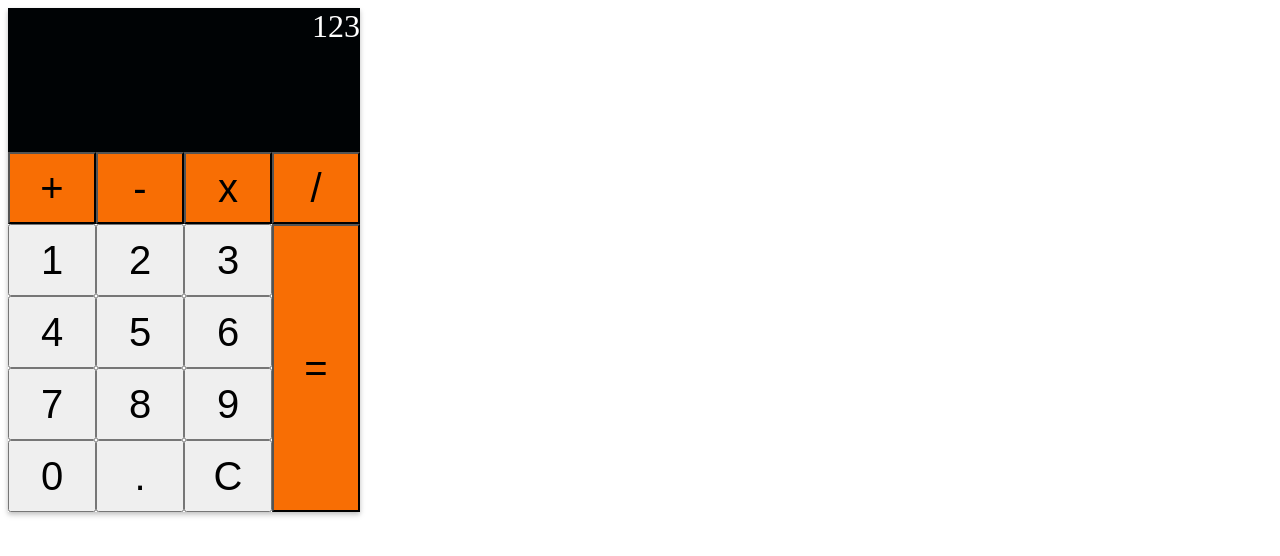
Repository: TEazy2433/LAB-calculator
Page: index.html
The author's editor kept a copy of each file at every save. The page is drawn from the files as they stood at one save, then again after the next save.
The browser window is 1280 px wide. The pictures show the whole page.

Above is the page before, as saved 2023-10-14 11:41:27.

### index.html
<!DOCTYPE html>
<html lang="en">
<head>
  <meta charset="UTF-8">
  <meta name="viewport" content="width=device-width, initial-scale=1.0">
  <title>calculator</title>
  <link rel="stylesheet" href="main.css">


</head>
<body>
  <div class="calculator">
    <div class="display">123</div>
    <div class="calculator_keys">
      <button class="calculator_key key--operator">+</button>
      <button class="calculator_key key--operator">-</button>
      <button class="calculator_key key--operator">x</button>
      <button class="calculator_key key--operator">/</button>
      <button class="calculator_key">1</button>
      <button class="calculator_key">2</button>
      <button class="calculator_key">3</button>
      <button class="calculator_key">4</button>
      <button class="calculator_key">5</button>
      <button class="calculator_key">6</button>
      <button class="calculator_key">7</button>
      <button class="calculator_key">8</button>
      <button class="calculator_key">9</button>
      <button class="calculator_key">0</button>
      <button class="calculator_key">.</button>
      <button class="calculator_key">C</button>
      <button class="calculator_key key--enter">=</button>
    </div>
  </div>

</body>
</html>

### main.css
.calculator{
  overflow: hidden;
  max-inline-size: 22rem;
  box-shadow: 0px 3px 6px 0px rgba(0, 0, 0, 0.15), 0px 2px 4px 0px rgba(0, 0, 0, 0.12);
  width: 800px;
  display: flex;
  flex-wrap: wrap;
  border-color: black ;
}
.display{
  font-size: 2rem;
  text-align: end;
  background: hsl(210, 100%, 1%);
  color: hsl(255, 100%, 100%);
  width: 100%;
  height: 20vh;
  border-color: black;
}

.calculator_keys{
  display: grid;
  grid-template-columns: repeat(4,1fr);
  width: 500vh;
  height: 50vh;
  border-color: black;
}
.calculator_key{
  font-size: 40px;
  border-color: black
  background-color: darkgrey;
}
.key--operator{
  background: rgb(248, 110, 4);
}
.key--enter{
  grid-column: 4 / 5;
  grid-row: 2/ span 4;
  background-color: rgb(248, 110, 4);
}

After the next save:
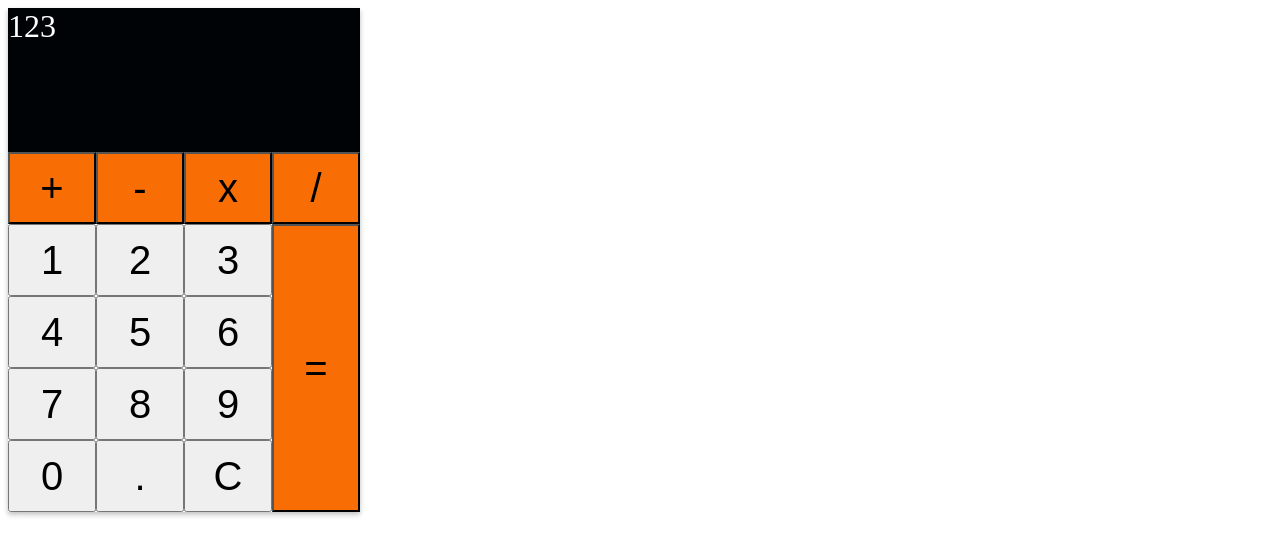
Saved 72 s later.
--- a/main.css
+++ b/main.css
@@ -9,7 +9,7 @@
 }
 .display{
   font-size: 2rem;
-  text-align: end;
+  text-align: end, bottom;
   background: hsl(210, 100%, 1%);
   color: hsl(255, 100%, 100%);
   width: 100%;

After the 2 saves that followed:
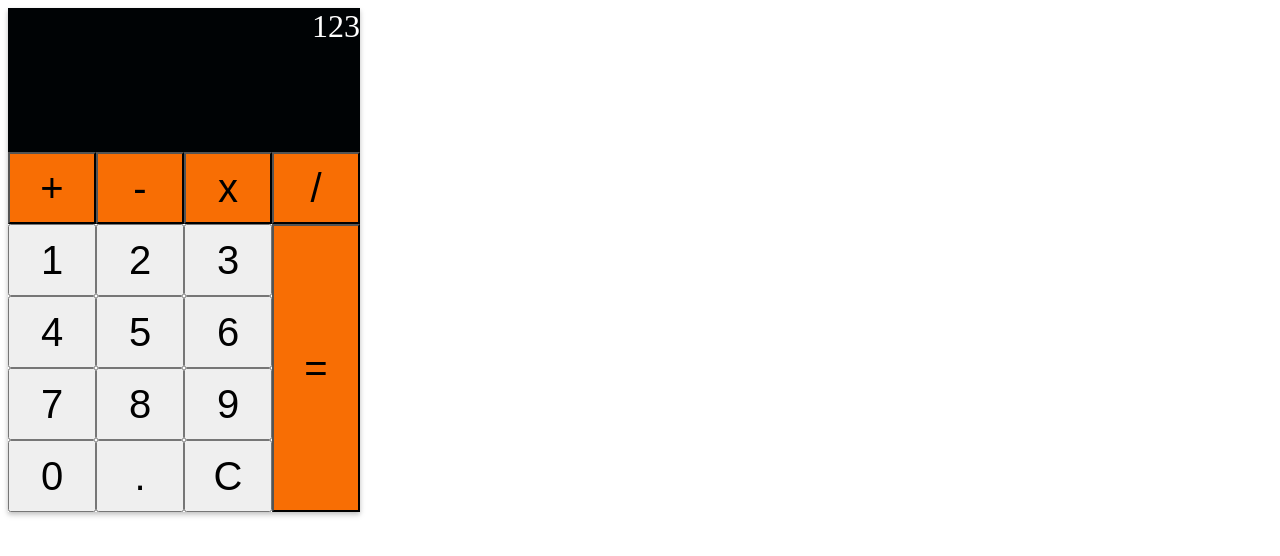
The 2 saves are shown as one change because 1 left the picture as it was.
The last was saved 55 s later.
--- a/main.css
+++ b/main.css
@@ -9,7 +9,7 @@
 }
 .display{
   font-size: 2rem;
-  text-align: end, bottom;
+  text-align: end;
   background: hsl(210, 100%, 1%);
   color: hsl(255, 100%, 100%);
   width: 100%;
@@ -27,7 +27,7 @@
 .calculator_key{
   font-size: 40px;
   border-color: black
-  background-color: darkgrey;
+  background-color: red;
 }
 .key--operator{
   background: rgb(248, 110, 4);
